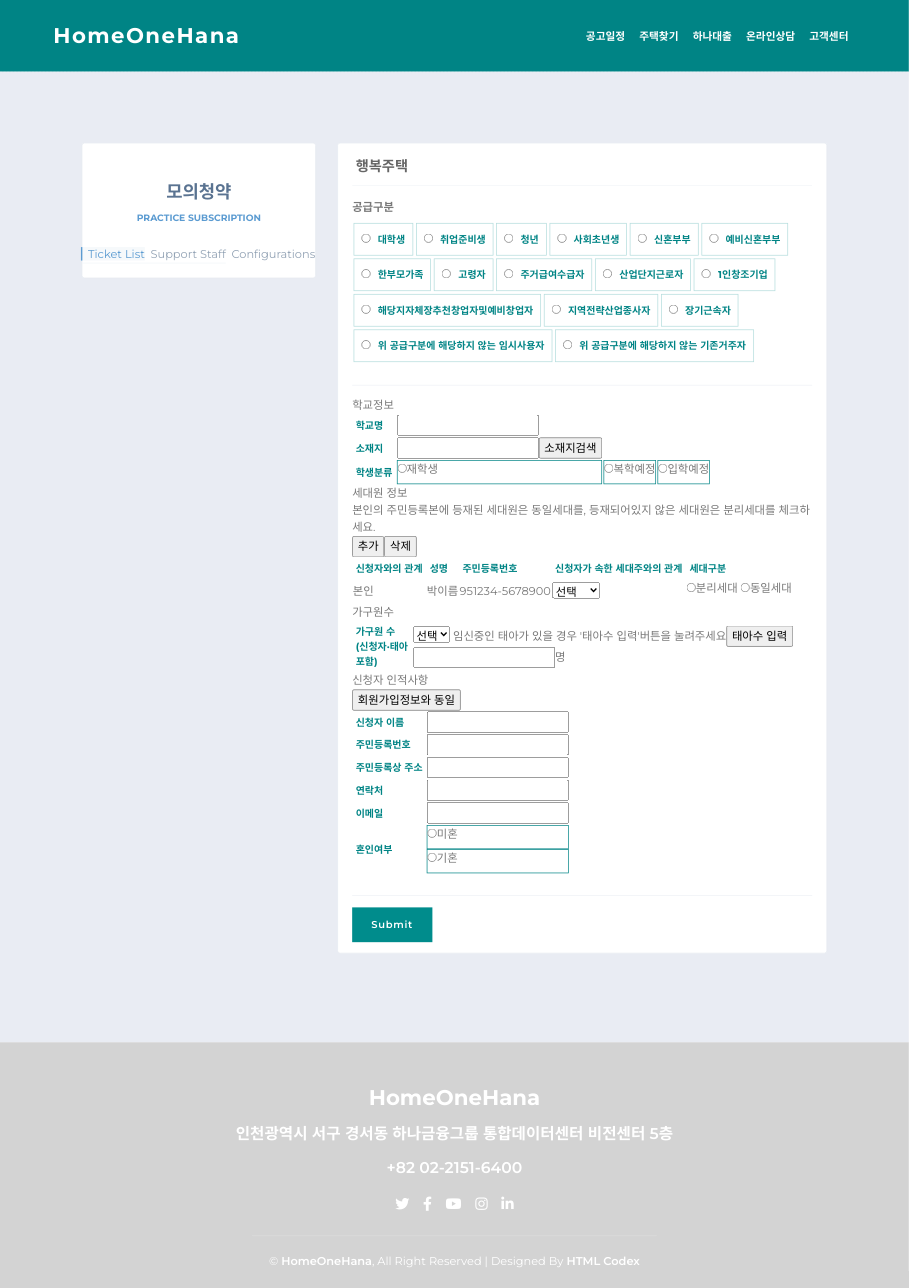
Repository: koposoftware/2021_10_syyoon
Page: http://localhost/HomeOneHana/WEB-INF/jsp/subscription/subscription.jsp
An editor plug-in stored every save of this project. The page is shown before and after the next save, followed by the edit.
The browser window is 1280 px wide. The pictures show the whole page, at 71% of full size.
Some icons come from a web library that is not loaded, so they are not drawn. Some web libraries are served in a nearby version. The page is served by Tomcat 9. Nobody is signed in. The template is opened directly, without the code that normally fills it, so the values that code supplies are empty.

Above is the page before, as saved 2021-09-14 23:52:07.

After the next save:
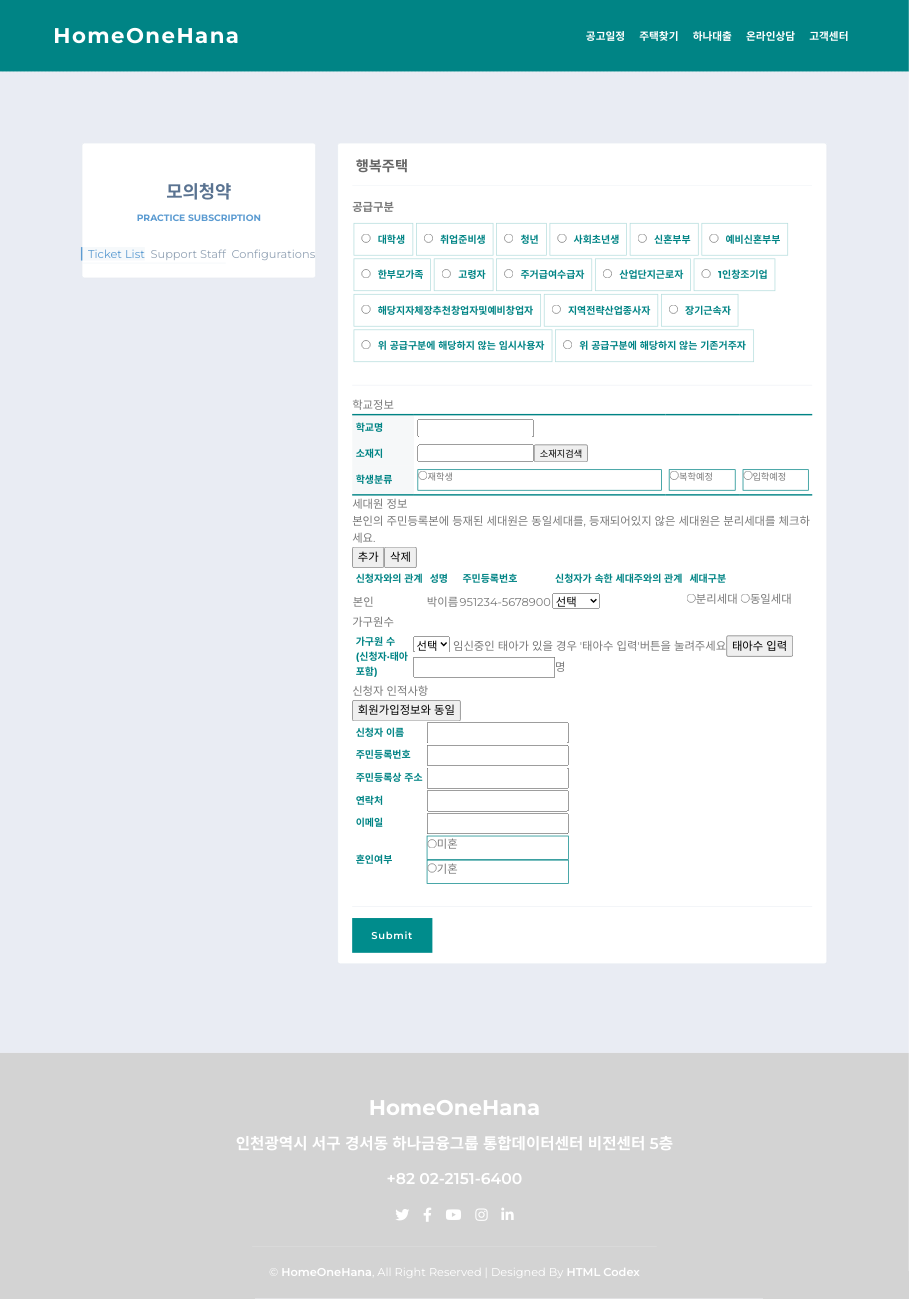
Saved 3 min 31 s later.
--- a/project/Spring-mvc/HomeOneHana/src/main/webapp/WEB-INF/jsp/subscription/subscription.jsp
+++ b/project/Spring-mvc/HomeOneHana/src/main/webapp/WEB-INF/jsp/subscription/subscription.jsp
@@ -92,8 +92,9 @@
 			                                </div>
 			                                <div id="insertdetailinfo">
 			                                	<div class="form-group">
+			                                		<div>
 			                                			<div>학교정보</div>
-				                                		<table>
+				                                		<table class="detailinfotbl">
 				                                			<tr>
 				                                				<th><div class="icontent">학교명</div></th>
 				                                				<td><input type="text" name="schoolname"></td>
@@ -109,6 +110,7 @@
 				                                				<td><div style="border:1px solid #008485;"><input type="radio" id="입학예정" name="schooltype" value="입학예정"><label for="입학예정"  class="ranktitle"> 입학예정</label></div></td>
 				                                			</tr>
 				                                		</table>
+				                                	</div>
 
 
 				                                		<div>세대원 정보</div>
@@ -194,13 +196,8 @@
 			                                				</tr>
 
 				                                		</table>
-
-
 				                              </div>
-
 			                                </div>
-
-
 			                              <button type="submit" class="btn btn-default">Submit</button>
 			                            </form>
 			                        </div>
